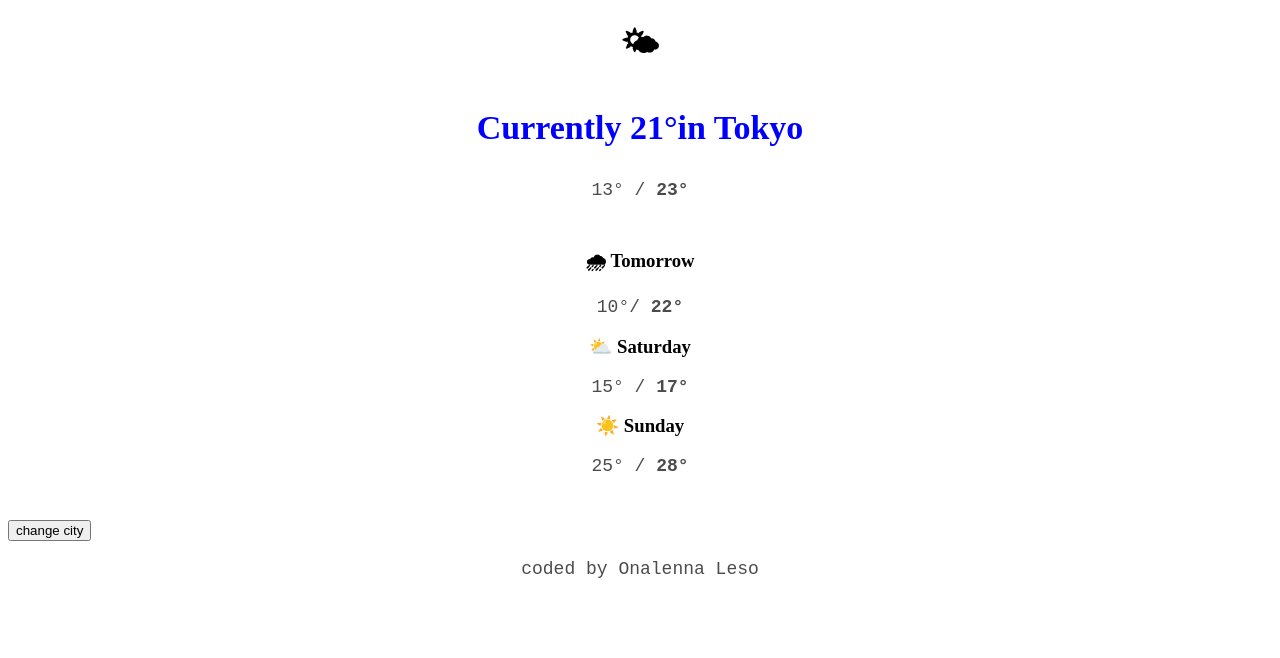
Repository: onalennaleso/empty
Page: homework.html
An editor plug-in stored every save of this project. The page is shown before and after the next save, followed by the edit.
The browser window is 1280 px wide. The pictures show the whole page.

Above is the page before, as saved 2024-02-02 01:35:36.

After the next save:
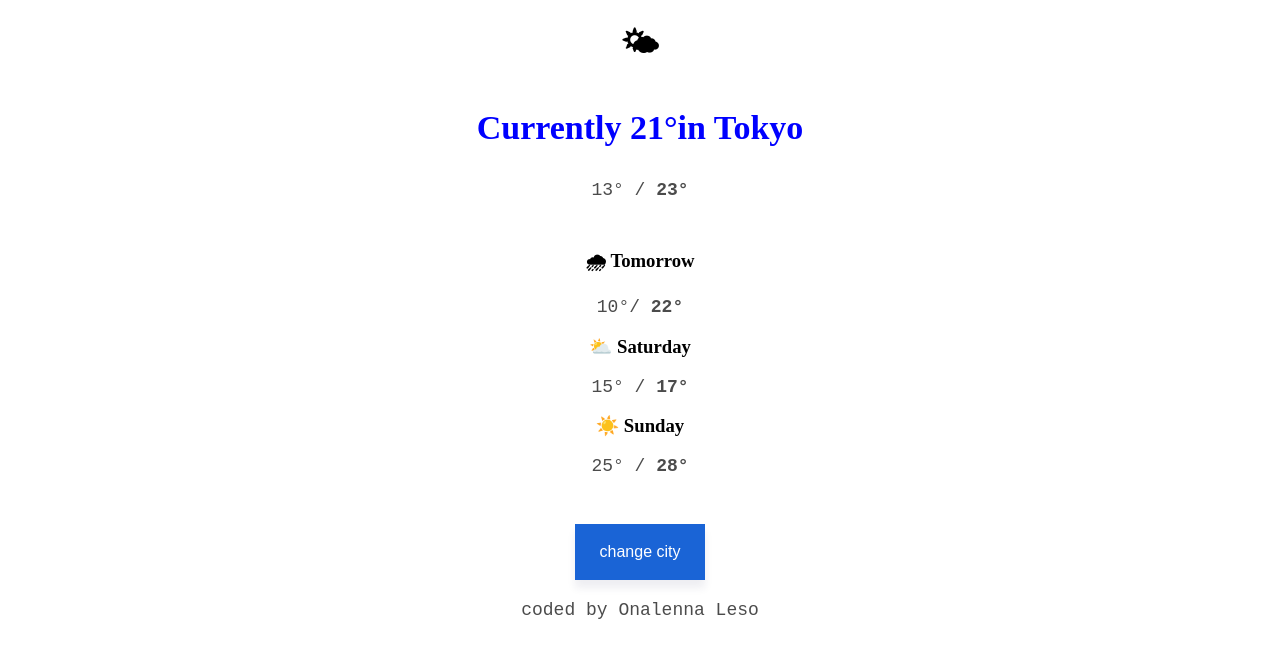
Saved 9 min 47 s later.
--- a/homework.html
+++ b/homework.html
@@ -45,6 +45,20 @@
             opacity: 0.7;
             font-family: monospace;
         }
+
+        button {
+            display: block;
+            margin: 20px auto;
+            border: 1px solid #1a64d6;
+            background: #1a64d6;
+            color: #fff;
+            font-size: 16px;
+            line-height: 22px;
+            padding: 16px 24px;
+            text-decoration: none;
+            transition: all 150ms ease;
+            box-shadow: rgba(37, 39, 89, 0.08)0px 8px 8px 0px;
+        }
     </style>
 </head>
 
